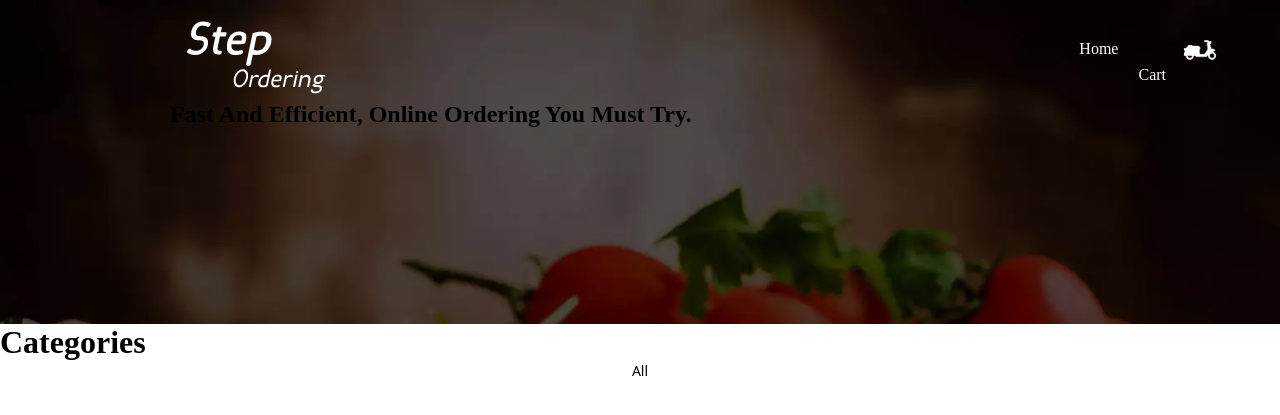
Repository: anastasia29-step/Online-Restaurant
Page: index.html
The author's editor kept a copy of each file at every save. The page is drawn from the files as they stood at one save, then again after the next save.
The browser window is 1280 px wide. The pictures show the whole page.

Above is the page before, as saved 2026-03-09 16:25:46.
Not found: app.js/

After the next save:
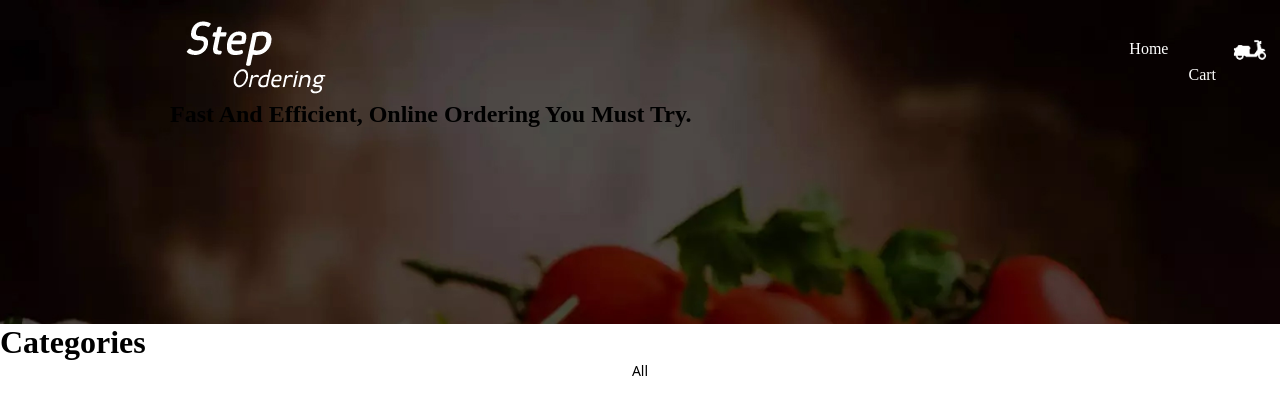
Saved 10 s later.
--- a/style.css
+++ b/style.css
@@ -34,7 +34,6 @@
 .beside .right {
     display: flex;
     gap: 20px;
-    padding-right: 50px;
     padding-top: 20px;
 }
 

After the save that followed:
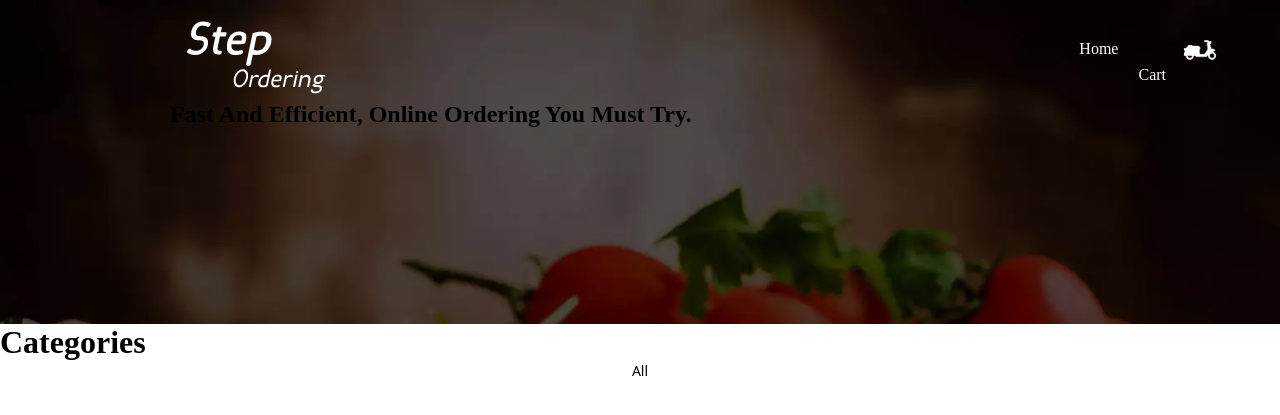
Saved 5 s later.
--- a/style.css
+++ b/style.css
@@ -34,6 +34,7 @@
 .beside .right {
     display: flex;
     gap: 20px;
+    padding-right: 50px;
     padding-top: 20px;
 }
 
